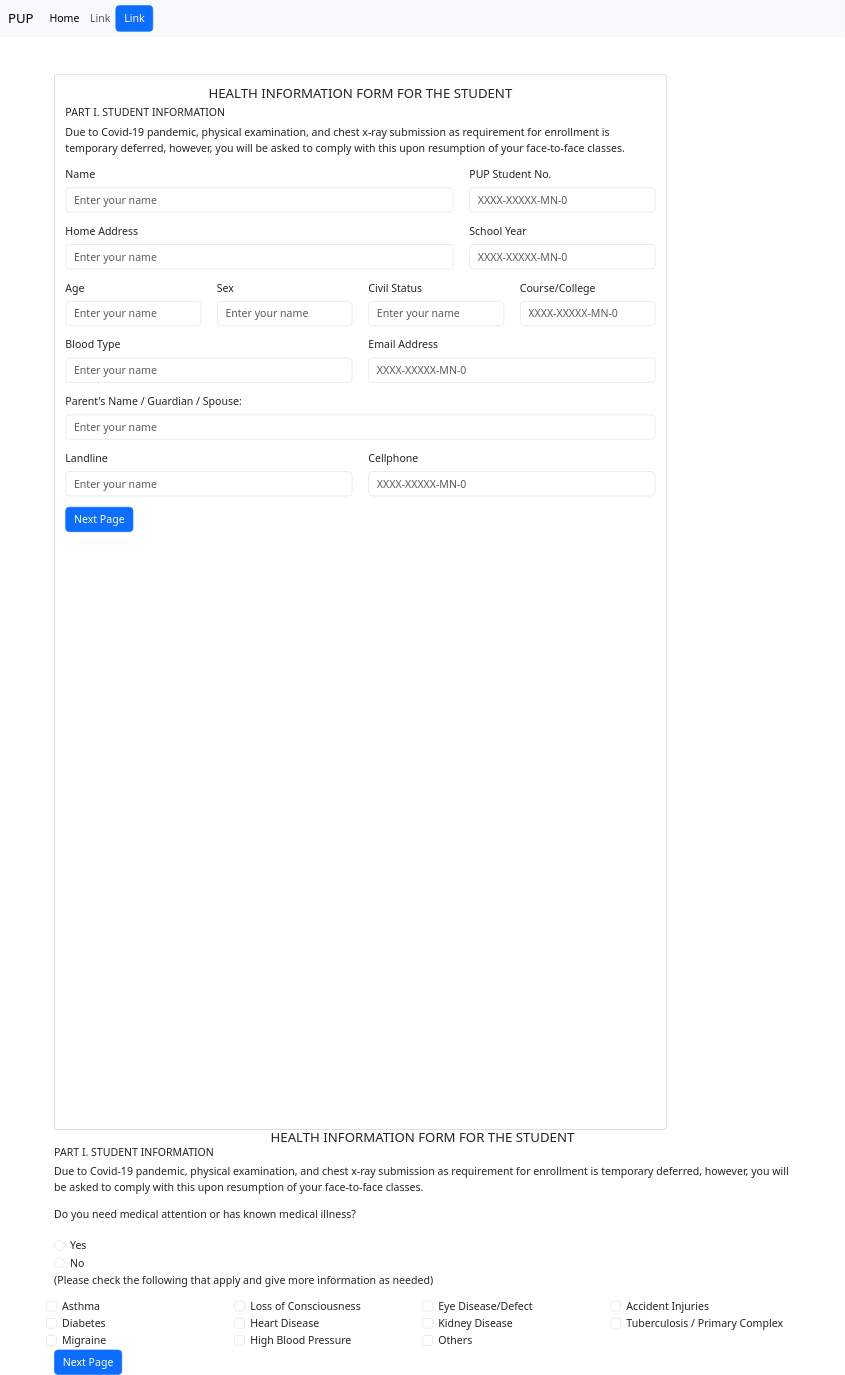
Repository: Nicktacku/webdev
Page: form.html
The author's editor kept a copy of each file at every save. The page is drawn from the files as they stood at one save, then again after the next save.
The browser window is 1280 px wide. The pictures show the whole page, at 66% of full size.

Above is the page before, as saved 2024-07-15 18:37:25.

### form.html
<!DOCTYPE html>
<html lang="en">
  <head>
    <meta charset="UTF-8" />
    <meta name="viewport" content="width=device-width, initial-scale=1.0" />
    <title>Document</title>
    <link
      href="https://cdn.jsdelivr.net/npm/bootstrap@5.3.3/dist/css/bootstrap.min.css"
      rel="stylesheet"
      integrity="sha384-QWTKZyjpPEjISv5WaRU9OFeRpok6YctnYmDr5pNlyT2bRjXh0JMhjY6hW+ALEwIH"
      crossorigin="anonymous"
    />
  </head>
  <body>
    <!-- Navbar -->
    <nav class="navbar navbar-expand-lg bg-body-tertiary">
        <div class="container-fluid">
          <a class="navbar-brand" href="#">PUP</a>
          <button
            class="navbar-toggler"
            type="button"
            data-bs-toggle="collapse"
            data-bs-target="#navbarSupportedContent"
            aria-controls="navbarSupportedContent"
            aria-expanded="false"
            aria-label="Toggle navigation"
          >
            <span class="navbar-toggler-icon"></span>
          </button>
          <div class="collapse navbar-collapse" id="navbarSupportedContent">
            <ul class="navbar-nav me-auto mb-2 mb-lg-0">
              <li class="nav-item">
                <a class="nav-link active" aria-current="page" href="#">Home</a>
              </li>
              <li class="nav-item">
                <a class="nav-link" href="#">Link</a>
              </li>

              <a class="btn btn-primary" href="form.html" role="button">Link</a>
          </div>
        </div>
      </nav>

    <div
      class="container mt-2 pt-5"
    >


    <div class="card" style="width: 58rem; height: 100rem">

        <!-- section 1 -->
        <div class="card-body" id="section-1">
          <h5 class="card-title d-flex justify-content-center">HEALTH INFORMATION FORM FOR THE STUDENT</h5>
          <h6 class="card-text">PART I. STUDENT INFORMATION</h6>
          <p class="card-text">Due to Covid-19 pandemic, physical examination, and chest x-ray submission as requirement for enrollment is
            temporary deferred, however, you will be asked to comply with this upon resumption of your face-to-face classes.</p>

            <div class="row">
                <div class="col-8">
                    <div class="mb-3">
                        <label for="name" class="form-label">Name</label>
                        <input type="text" class="form-control" id="name-input" placeholder="Enter your name">
                      </div>
                </div>
                <div class="col">
                    <div class="mb-3">
                        <label for="name" class="form-label">PUP Student No.</label>
                        <input type="text" class="form-control" id="name-input" placeholder="XXXX-XXXXX-MN-0">
                      </div>
                </div>
            </div>

            <div class="row">
                <div class="col-8">
                    <div class="mb-3">
                        <label for="name" class="form-label">Home Address</label>
                        <input type="text" class="form-control" id="name-input" placeholder="Enter your name">
                      </div>
                </div>
                <div class="col">
                    <div class="mb-3">
                        <label for="name" class="form-label">School Year</label>
                        <input type="text" class="form-control" id="name-input" placeholder="XXXX-XXXXX-MN-0">
                      </div>
                </div>
            </div>

            <div class="row">
                <div class="col-3">
                    <div class="mb-3">
                        <label for="name" class="form-label">Age</label>
                        <input type="text" class="form-control" id="name-input" placeholder="Enter your name">
                      </div>
                </div>
                <div class="col-3">
                    <div class="mb-3">
                        <label for="name" class="form-label">Sex</label>
                        <input type="text" class="form-control" id="name-input" placeholder="Enter your name">
                      </div>
                </div>
                <div class="col-3">
                    <div class="mb-3">
                        <label for="name" class="form-label">Civil Status</label>
                        <input type="text" class="form-control" id="name-input" placeholder="Enter your name">
                      </div>
                </div>
                <div class="col">
                    <div class="mb-3">
                        <label for="name" class="form-label">Course/College</label>
                        <input type="text" class="form-control" id="name-input" placeholder="XXXX-XXXXX-MN-0">
                      </div>
                </div>
            </div>

            <div class="row">
                <div class="col-6">
                    <div class="mb-3">
                        <label for="name" class="form-label">Blood Type</label>
                        <input type="text" class="form-control" id="name-input" placeholder="Enter your name">
                      </div>
                </div>
                <div class="col">
                    <div class="mb-3">
                        <label for="name" class="form-label">Email Address</label>
                        <input type="text" class="form-control" id="name-input" placeholder="XXXX-XXXXX-MN-0">
                      </div>
                </div>
            </div>

            <div class="row">
                <div class="col">
                    <div class="mb-3">
                        <label for="name" class="form-label">Parent's Name / Guardian / Spouse:</label>
                        <input type="text" class="form-control" id="name-input" placeholder="Enter your name">
                      </div>
                </div>
            </div>

            <div class="row">
                <div class="col-6">
                    <div class="mb-3">
                        <label for="name" class="form-label">Landline</label>
                        <input type="text" class="form-control" id="name-input" placeholder="Enter your name">
                      </div>
                </div>
                <div class="col">
                    <div class="mb-3">
                        <label for="name" class="form-label">Cellphone</label>
                        <input type="text" class="form-control" id="name-input" placeholder="XXXX-XXXXX-MN-0">
                      </div>
                </div>
            </div>

          <a href="#" class="btn btn-primary">Next Page</a>
        </div>
      </div>

      <!-- Section 2 -->
      <div class="card-body" id="section-2">
        <h5 class="card-title d-flex justify-content-center">HEALTH INFORMATION FORM FOR THE STUDENT</h5>
        <h6 class="card-text">PART I. STUDENT INFORMATION</h6>
        <p class="card-text">Due to Covid-19 pandemic, physical examination, and chest x-ray submission as requirement for enrollment is
          temporary deferred, however, you will be asked to comply with this upon resumption of your face-to-face classes.</p>

          <div class="row">
            <div class="col">
                <div class="mb-3">
                    <label for="name" class="form-label">Do you need medical attention or has known medical illness?</label>
                </div>
                <div class="form-check">
                    <input class="form-check-input" type="radio" name="flexRadioDefault" id="flexRadioDefault1">
                    <label class="form-check-label" for="flexRadioDefault1">
                      Yes
                    </label>
                  </div>
                  <div class="form-check">
                    <input class="form-check-input" type="radio" name="flexRadioDefault" id="flexRadioDefault2">
                    <label class="form-check-label" for="flexRadioDefault2">
                      No
                    </label>
                  </div>

                  <div class="row">
                    <p class="col-12">(Please check the following that apply and give more information as needed)</p>
                    <div class="form-check col-3">
                        <input class="form-check-input" type="checkbox" value="" id="flexCheckDefault">
                        <label class="form-check-label" for="flexCheckDefault">
                          Asthma
                    </label>
                    </div>
                    <div class="form-check col-3">
                        <input class="form-check-input" type="checkbox" value="" id="flexCheckDefault">
                        <label class="form-check-label" for="flexCheckDefault">
                            Loss of Consciousness
                    </label>
                    </div>
                    <div class="form-check col-3">
                        <input class="form-check-input" type="checkbox" value="" id="flexCheckDefault">
                        <label class="form-check-label" for="flexCheckDefault">
                            Eye Disease/Defect
                    </label>
                    </div>
                    <div class="form-check col-3">
                        <input class="form-check-input" type="checkbox" value="" id="flexCheckDefault">
                        <label class="form-check-label" for="flexCheckDefault">
                            Accident Injuries
                    </label>
                    </div>
                    <div class="form-check col-3">
                        <input class="form-check-input" type="checkbox" value="" id="flexCheckDefault">
                        <label class="form-check-label" for="flexCheckDefault">
                            Diabetes
                    </label>
                    </div>
                    <div class="form-check col-3">
                        <input class="form-check-input" type="checkbox" value="" id="flexCheckDefault">
                        <label class="form-check-label" for="flexCheckDefault">
                            Heart Disease
                    </label>
                    </div>
                    <div class="form-check col-3">
                        <input class="form-check-input" type="checkbox" value="" id="flexCheckDefault">
                        <label class="form-check-label" for="flexCheckDefault">
                            Kidney Disease
                    </label>
                    </div>
                    <div class="form-check col-3">
                        <input class="form-check-input" type="checkbox" value="" id="flexCheckDefault">
                        <label class="form-check-label" for="flexCheckDefault">
                            Tuberculosis / Primary Complex
                    </label>
                    </div>
                    <div class="form-check col-3">
                        <input class="form-check-input" type="checkbox" value="" id="flexCheckDefault">
                        <label class="form-check-label" for="flexCheckDefault">
                            Migraine
                    </label>
                    </div>
                    <div class="form-check col-3">
                        <input class="form-check-input" type="checkbox" value="" id="flexCheckDefault">
                        <label class="form-check-label" for="flexCheckDefault">
                            High Blood Pressure
                    </label>
                    </div>
                    <div class="form-check col-3">
                        <input class="form-check-input" type="checkbox" value="" id="flexCheckDefault">
                        <label class="form-check-label" for="flexCheckDefault">
                            Others
                    </label>
                    </div>
                  </div>
            </div>
          </div>

        <a href="#" class="btn btn-primary">Next Page</a>
      </div>
    </div>


    <script
      src="https://cdn.jsdelivr.net/npm/bootstrap@5.3.3/dist/js/bootstrap.bundle.min.js"
      integrity="sha384-YvpcrYf0tY3lHB60NNkmXc5s9fDVZLESaAA55NDzOxhy9GkcIdslK1eN7N6jIeHz"
      crossorigin="anonymous"
    ></script>
  </body>
</html>

After the next save:
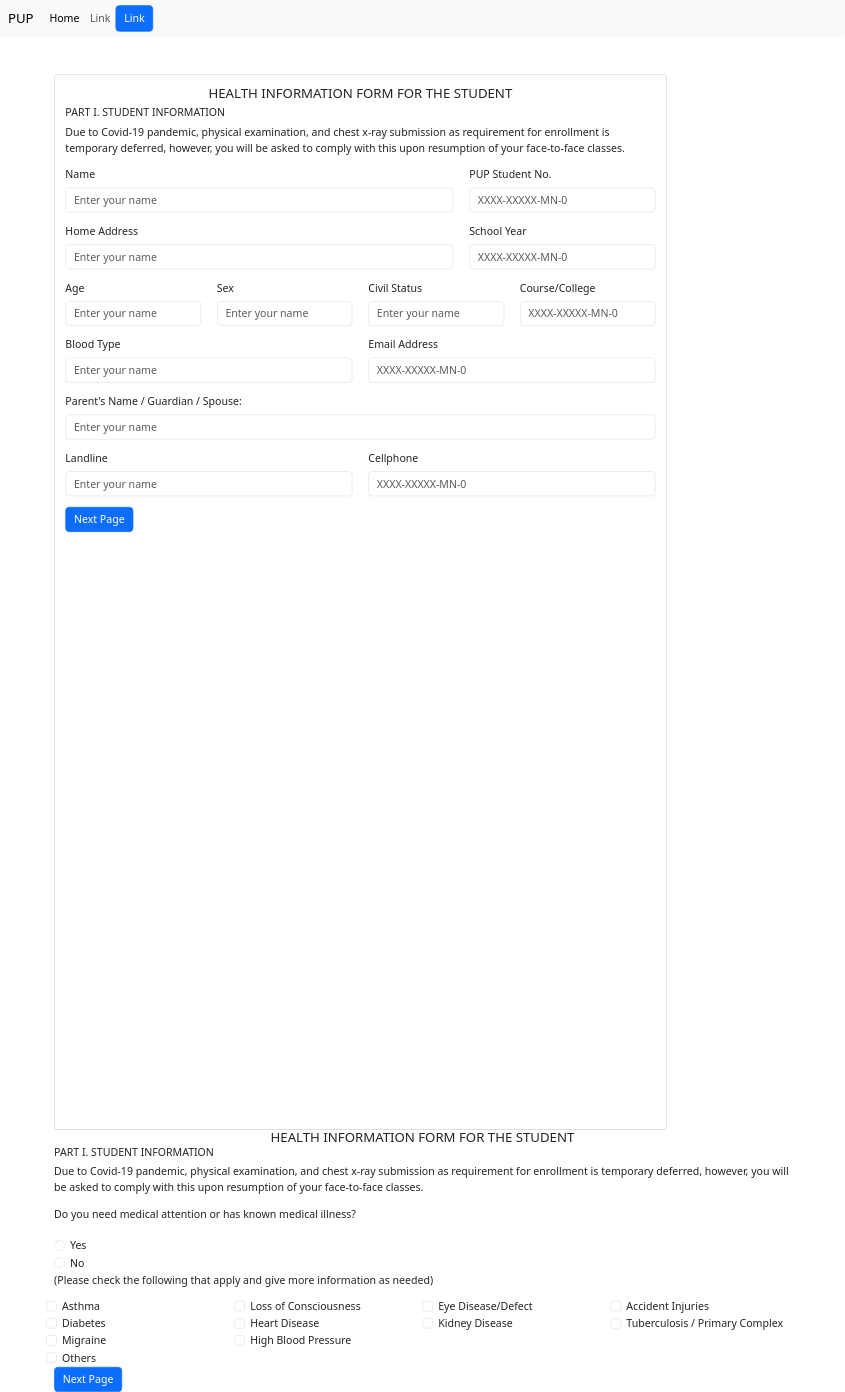
Saved 6 s later.
--- a/form.html
+++ b/form.html
@@ -242,7 +242,7 @@
                             High Blood Pressure
                     </label>
                     </div>
-                    <div class="form-check col-3">
+                    <div class="form-check col-12">
                         <input class="form-check-input" type="checkbox" value="" id="flexCheckDefault">
                         <label class="form-check-label" for="flexCheckDefault">
                             Others
